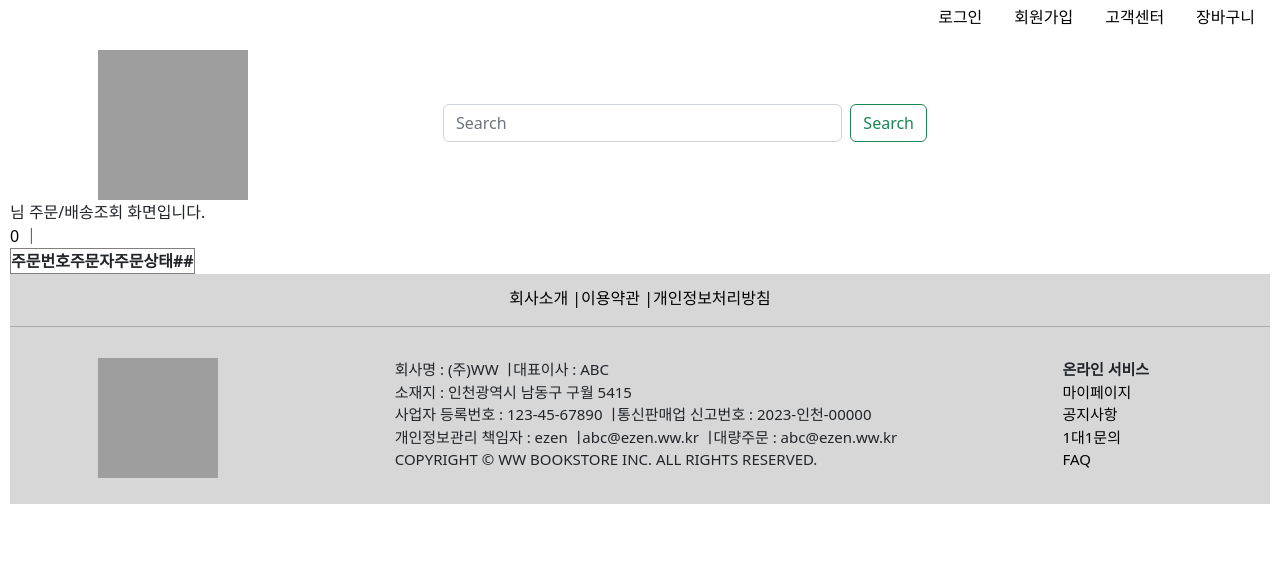
Repository: leehyeonung/project4
Page: http://localhost/book/WEB-INF/views/member/orderCheck.jsp
These files come from the project's save history. The page is drawn as it stood at one moment and after the next save; the edit follows.
The browser window is 1280 px wide. The pictures show the whole page.
Pictures or frames that could not be fetched are drawn as grey boxes. The page is served by Tomcat 9. Nobody is signed in. The template is opened directly, without the code that normally fills it, so the values that code supplies are empty.

Above is the page before, as saved 2023-01-06 04:22:00.

After the next save:
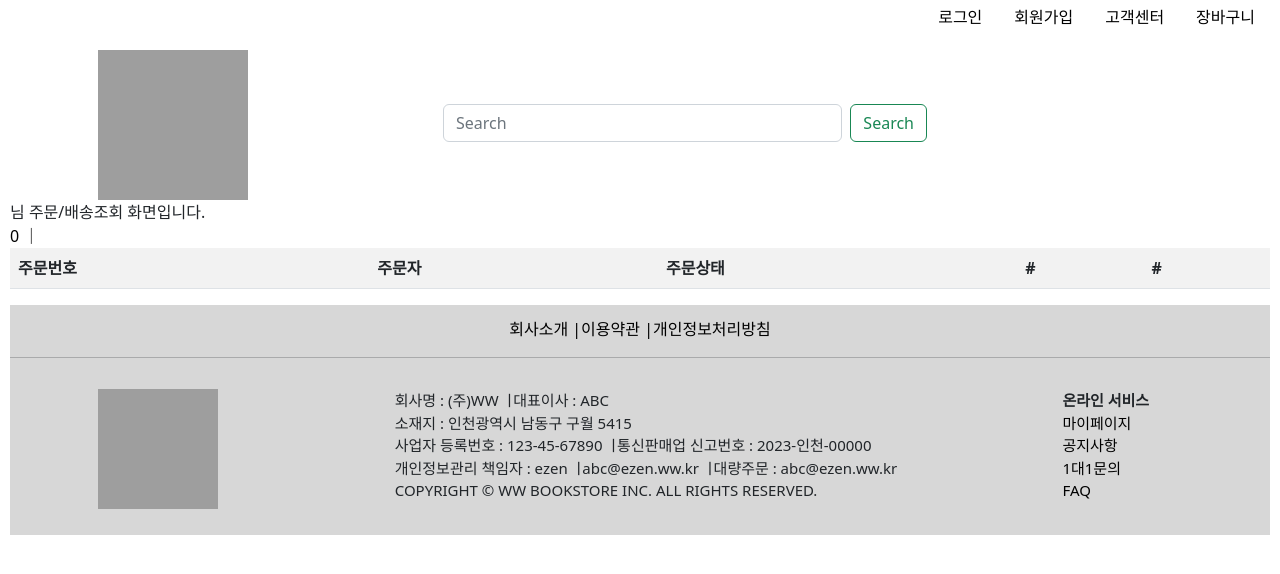
Saved 46 s later.
--- a/book/src/main/webapp/WEB-INF/views/member/orderCheck.jsp
+++ b/book/src/main/webapp/WEB-INF/views/member/orderCheck.jsp
@@ -12,7 +12,7 @@
 <jsp:include page="../layout/header.jsp"></jsp:include>
 <div class="main">
 ${ses.mem_id}님 주문/배송조회 화면입니다.
-<table border="1">
+<table class="table table-striped">
 			<tr>
 				<th>주문번호</th>
 				<th>주문자</th>
